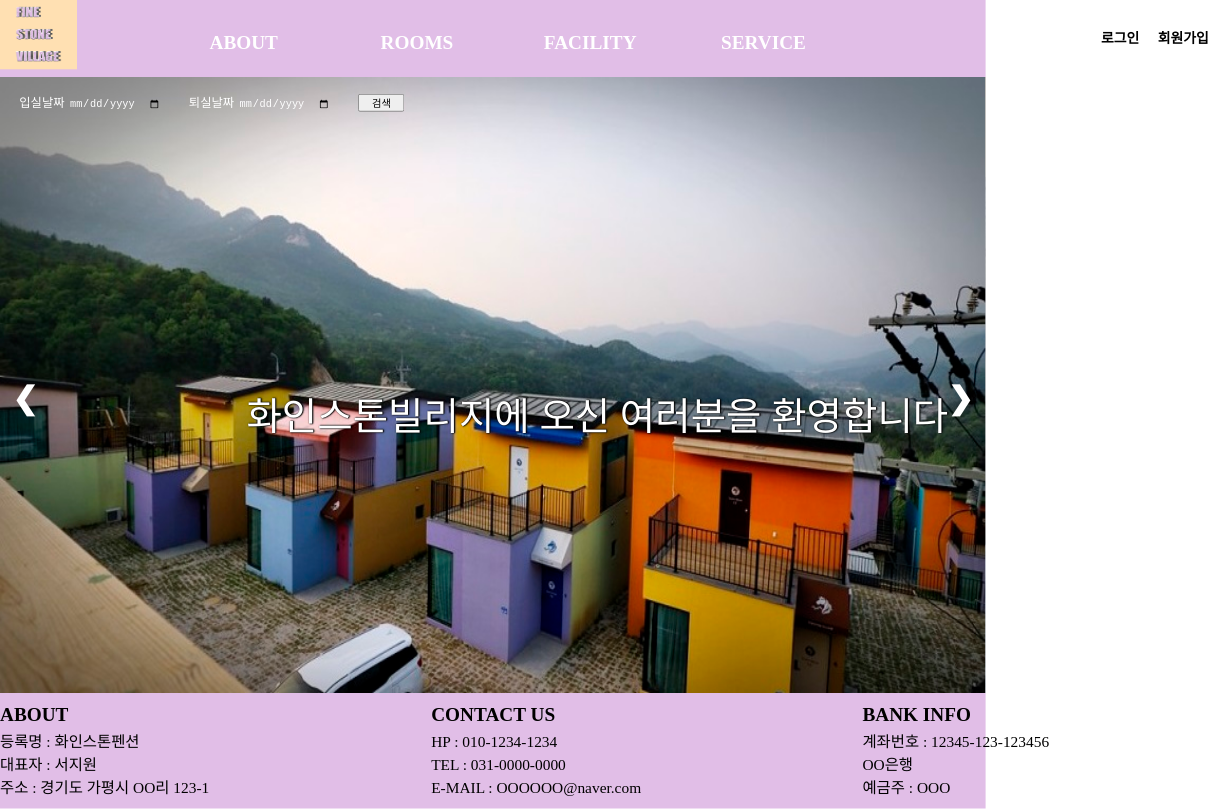
Repository: yoonjaesub/-pensionProject
Page: http://localhost/pension_project/index
An editor plug-in stored every save of this project. The page is shown before and after the next save, followed by the edit.
The browser window is 1280 px wide. The page is 1600 px wide, so the pictures cover 1600 px, including what lies to the right of the window. The pictures show the whole page, at 77% of full size.
The page is served by Tomcat 9. Other server files are loaded and not shown.

Above is the page before, as saved 2021-01-13 13:31:11.

### Project_content/pension_project/src/main/webapp/WEB-INF/views/index.jsp
<%@ page language="java" contentType="text/html; charset=UTF-8"
    pageEncoding="UTF-8"%>
<%@ include file="header.jsp"%>
<script>
$(function(){
    var img;
    var img_count;
    var img_position = 1;

    img = $('.img_wrap img');
    img_count = img.length;
    $('.prev').click(function(){
        if(1<img_position){
            $('.img_wrap').animate({left : '+=100%'},1000);
            img_position--;


        }



    } );
    $('.next').click(function(){
        if(img_count>img_position){
        $('.img_wrap').animate({left : '-=100%'},1000);
        img_position++;
        }


    } );
});

</script>
 <div class="content">
 <div class="rg">
  <label for="">입실날짜</label>
           		<input type="date" name="firstDay" style="background-color: transparent; border-color: transparent; color: white;"/>

           		<label for="">퇴실날짜</label>
           		<input type="date" name="lastDay" style="background-color: transparent; border-color: transparent; color: white;" />
           		<input type="submit" style="width: 60px" value="검색" />
           		</div>
 <div class="img_container">

           <div class="img_wrap">

                <img src="../resources/img/O_index1.jpg" style="float:left;"/>
                <img src="./img/O_index2.jpg" style="float:left;"/>
                <img src="./img/O_index3.jpg" style="float:left;"/>
                </div>
                <p class="main_txt">화인스톤빌리지에 오신 여러분을 환영합니다</p>
                <a class="prev">&#10094;</a>
<a class="next" >&#10095;</a>
</div>
        </div>
<%@ include file="footer.jsp"%>

### Project_content/pension_project/src/main/webapp/WEB-INF/views/header.jsp
<%@ page language="java" contentType="text/html; charset=UTF-8"
    pageEncoding="UTF-8"%>
<!DOCTYPE html>
<html lang="ko">
<head>
    <meta charset="UTF-8">
    <meta name="viewport" content="width=device-width, initial-scale=1.0">
    <title>화인트리펜션</title>
    <script type="text/javascript" src="https://code.jquery.com/jquery-3.4.1.min.js"></script>
    <style>
        * {margin: 0; padding: 0;}
        html,body {max-width: 100vw; height: 100%;}
        ul,li {list-style: none;}
        a {text-decoration: none; color:#000;}

        .wrap {width: 100%; height: 100%;}
        .header {width: 100%; height: 100px; background: #E1BEE7;}
        .hd_wrap {width: 1600px; height: 100px; margin: 0 auto; }
        .logo {width: 150px; height: 70px;}
        .logo img {margin-bottom: 15px; width: 100px; height: 90px;}
        .gnb {display: inline-block; width: 900px; height: 100px; margin: 0 100px;}
        .gnb ul {width: 100%;}
        .gnb ul li {float: left; width: 25%; text-align: center; line-height: 100px;}
        .gnb ul li a {width: 100%; font-size: 25px; color: #fff; font-weight: bold;}
        .login_box {float: right; width: 180px; height: 100px; }
        .login_box a {display: inline-block; width: auto; text-align: center; margin: 0 10px; font-size: 18px; line-height: 100px; font-weight: bold; }


        .content {clear: both;}

        .footer {clear: both; width: 100%; height: 150px; background: #E1BEE7;}
        .ft_wrap {width: 1600px; height: 100%; margin: 0 auto; }
        .ft_info_box {width: 100%;}
        .ft_info_box li {float: left; width: 30%; height: 100px; margin-right: 80px; line-height: 1.5; margin-top: 10px; }
        .ft_info_box li:last-child {margin-right: 0;}
        .ft_info_box h4 {font-size: 25px;}
        .ft_info_box p {font-size: 20px;}


    </style>
    <link rel="stylesheet" href="./css/about.css">
    <link rel="stylesheet" href="./css/facility.css">
    <link rel="stylesheet" href="./css/index.css">

</head>
<body>
    <div class="wrap">
        <div class="header">
            <div class="hd_wrap">
                <a href="index.jsp" class="logo"><img src="./img/O_fine_logo.png" alt="로고"></a>
                <nav class="gnb">
                    <ul>
                        <li><a href="about.jsp">ABOUT</a></li>
                        <li><a href="#">ROOMS</a></li>
                        <li><a href="facility.jsp">FACILITY</a></li>
                        <li><a href="#">SERVICE</a></li>
                    </ul>
                </nav>
                <div class="login_box">
                    <a href="login.jsp">로그인</a>
                    <a href="login.jsp">회원가입</a>
                </div>
            </div>
        </div>

### Project_content/pension_project/src/main/webapp/WEB-INF/views/footer.jsp
<%@ page language="java" contentType="text/html; charset=UTF-8"
    pageEncoding="UTF-8"%>

        <div class="footer">
            <div class="ft_wrap">
                <ul class="ft_info_box">
                    <li>
                        <h4 class="ft_info_tit">ABOUT</h4>
                        <p>등록명 : 화인스톤펜션</p>
                        <p>대표자 : 서지원</p>
                        <p>주소 : 경기도 가평시 OO리 123-1</p>
                    </li>
                    <li>
                        <h4 class="ft_info_tit">CONTACT US</h4>
                        <p>HP : 010-1234-1234</p>
                        <p>TEL : 031-0000-0000</p>
                        <p>E-MAIL : OOOOOO@naver.com</p>
                    </li>
                    <li>
                        <h4 class="ft_info_tit">BANK INFO</h4>
                        <p>계좌번호 : 12345-123-123456 <br>
                            OO은행 </p>
                        <p>예금주 : OOO</p>
                    </li>
                </ul>
            </div>
        </div>
    </div>
</body>
</html>

### Project_content/pension_project/src/main/webapp/resources/css/about.css
@charset "UTF-8";

.content{width: 100%; height: auto;}
.cnt1{    position: relative;
    width: 1200px;
    margin: 0 auto;
    height: 400px; display: flex;
    margin-bottom: 40px;
        margin-top: 50px;
    }
.txt1{    width: 30%;
    height: 300px;
    margin-right: 250px;}
.about_img{width: 500px; height: 400px;}
.mtn{flex:0 0 25%; height: 200px;}
.cnt2{    position: relative;
    width: 1200px;
    margin: 0 auto;
    height: 400px;
    margin-bottom: 40px;
    }
.cnt3{
	 width: 1200px;
    margin: 0 auto;
    height: 400px;
}

### Project_content/pension_project/src/main/webapp/resources/css/facility.css
@charset "UTF-8";

.content{width: 100%; height: auto;}
.cnt{    position: relative;
    width: 1200px;
    margin: 0 auto;
    height: 400px; display: flex;
    margin-bottom: 40px;
        margin-top: 50px;
    }
.txt1{    width: 30%;
    height: 300px;
    margin-right: 150px;}
.facility_img{width: 500px; height: 400px;}
.txt2{    width: 30%;
    height: 300px;
    margin-left: 150px;}

### Project_content/pension_project/src/main/webapp/resources/css/index.css
@charset "UTF-8";

.content{width: 100%; height: auto;}
.prev, .next {
  cursor: pointer;
  position: absolute;
  top: 50%;
  width: auto;
  padding: 16px;
  margin-top: -22px;
  color: white;
  font-weight: bold;
  font-size: 40px;
  transition: 0.6s ease;
  border-radius: 0 3px 3px 0;
}
.next {
  right: 0;
  border-radius: 3px 0 0 3px;
}
.img_container {
    overflow: hidden;
    width: 100%;
    height: 800px;
    position: relative;
    margin: 0 auto;
}

.img_wrap {
    position: absolute;
    width: 333.3%;
    height: 100%;
}

    .img_wrap img {width: 30%; height:800px; }
    .main_txt{position: absolute;
    top : 50%;
    left : 25%;
    font-size: 50px;
    color: #fff;
    font-family: 'Noto Sans KR';
    font-weight: 500;
    text-shadow: 1px 1px 2px rgba(0,0,0,0.6), 1px 1px 2px rgba(0,0,0,0.6), 1px 1px 2px rgba(0,0,0,0.6), 1px 1px 2px rgba(0,0,0,0.6);
}
.rg{
	    position: absolute;
    top: 120px;
    left: 25px;
    z-index: 100;
    color: white;
}
.rg input {
	margin-right: 30px;
}

### Project_content/pension_project/src/main/webapp/resources/css/common.css
/* 색상 */
.color1 {background : #fff3e0;}
.color2 {background : #fff8e1;}
.color3 {background : #ffecb3;}
.color4 {background : #ffe0b2;}
.color5 {background : #e1bee7;}

/* 폰트 */
.font_M {font-family: 'Noto Sans KR', sans-serif;}
.font_MB {font-family: 'Do Hyeon', sans-serif;}
.font_EB {font-family: 'Abril Fatface', cursive;}
.font_E {font-family: 'Darker Grotesque', sans-serif;}

/* 초기화 */
* {margin: 0; padding: 0;}
html,body {max-width: 100vw; height: 100%;}
ul,li {list-style: none;}
a {text-decoration: none; color:#000;}

/* 헤더 */
.wrap {width: 100%; height: 100%; box-sizing: border-box;}
.header {width: 100%; height: 100px; background: #E1BEE7;}
.hd_wrap {width: 80%; height: 100px; margin: 0 auto; }
.logo {display:inline-block; width: 10%; height: 100x;}
.logo img {width: 100%; height: 100%; margin-bottom: 15px;}
.gnb {display: inline-block; width: 65%; height: 100px;}
.gnb ul {width: 100%;}
.gnb ul li {float: left; width: 25%; text-align: center; line-height: 100px;}
.gnb ul li a {width: 100%; font-size: 25px; color: #fff; font-weight: bold;}
.login_box {float: right; width: 14%; height: 100px; }
.login_box a {display: inline-block; width: auto; text-align: center; margin: 0 10px; font-size: 18px; line-height: 100px; font-weight: bold; }

/* 콘텐츠 */
.content {clear: both; width: 100%; height: auto; min-height: 800px; margin: 0 auto; box-sizing: border-box;}

/* 푸터 */
.footer {clear: both; width: 100%; height: 150px; background: #E1BEE7;}
.ft_wrap {width: 80%; height: 100%; margin: 0 auto; text-align: center; }
.ft_info_box {width: 100%;}
.ft_info_box li {float: left; width: 33%; height: 100px; line-height: 1.5; margin-top: 10px; }
.ft_info_box h4 {font-size: 25px;}
.ft_info_box p {font-size: 20px;}

After the next save:
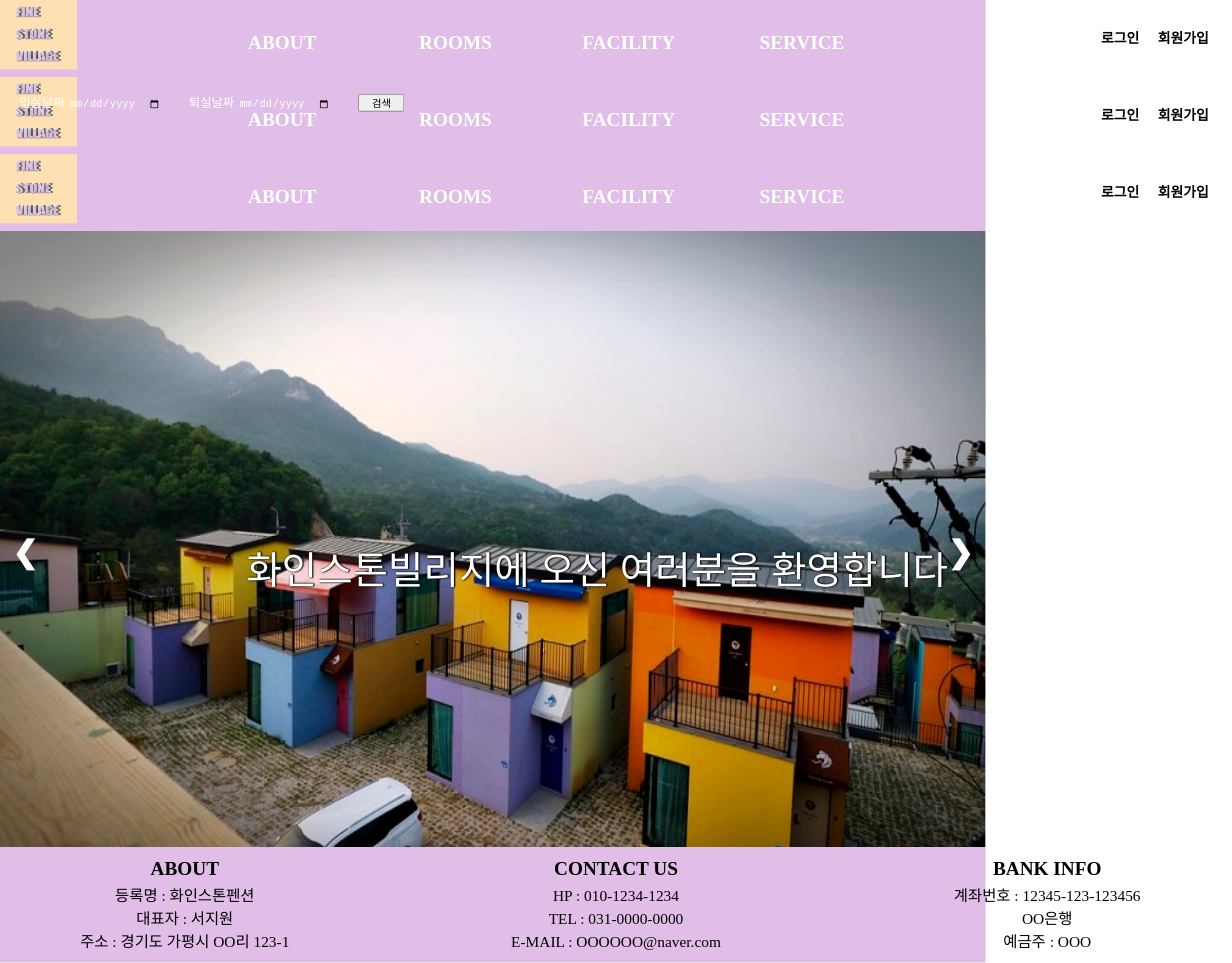
Saved 11 min 29 s later.
--- a/Project_content/pension_project/src/main/webapp/WEB-INF/views/index.jsp
+++ b/Project_content/pension_project/src/main/webapp/WEB-INF/views/index.jsp
@@ -1,6 +1,39 @@
 <%@ page language="java" contentType="text/html; charset=UTF-8"
     pageEncoding="UTF-8"%>
 <%@ include file="header.jsp"%>
+<!DOCTYPE html>
+<html>
+<head>
+    <meta charset="UTF-8">
+    <meta name="viewport" content="width=device-width, initial-scale=1.0">
+    <title>화인트리펜션</title>
+	<link rel="stylesheet" href=".css/common.css" />
+    <link rel="stylesheet" href="./css/about.css">
+    <link rel="stylesheet" href="./css/facility.css">
+    <link rel="stylesheet" href="./css/index.css">
+    <script type="text/javascript" src="https://code.jquery.com/jquery-3.4.1.min.js"></script>
+	<title>화인트리펜션</title>
+</head>
+<body>
+<%@ include file="header.jsp"%>
+    <div class="wrap">
+        <div class="header">
+            <div class="hd_wrap">
+                <a href="index.jsp" class="logo"><img src="./img/O_fine_logo.png" alt="로고"></a>
+                <nav class="gnb">
+                    <ul>
+                        <li><a href="about.jsp">ABOUT</a></li>
+                        <li><a href="#">ROOMS</a></li>
+                        <li><a href="facility.jsp">FACILITY</a></li>
+                        <li><a href="#">SERVICE</a></li>
+                    </ul>
+                </nav>
+                <div class="login_box">
+                    <a href="login.jsp">로그인</a>
+                    <a href="login.jsp">회원가입</a>
+                </div>
+            </div>
+        </div>
 <script>
 $(function(){
     var img;
